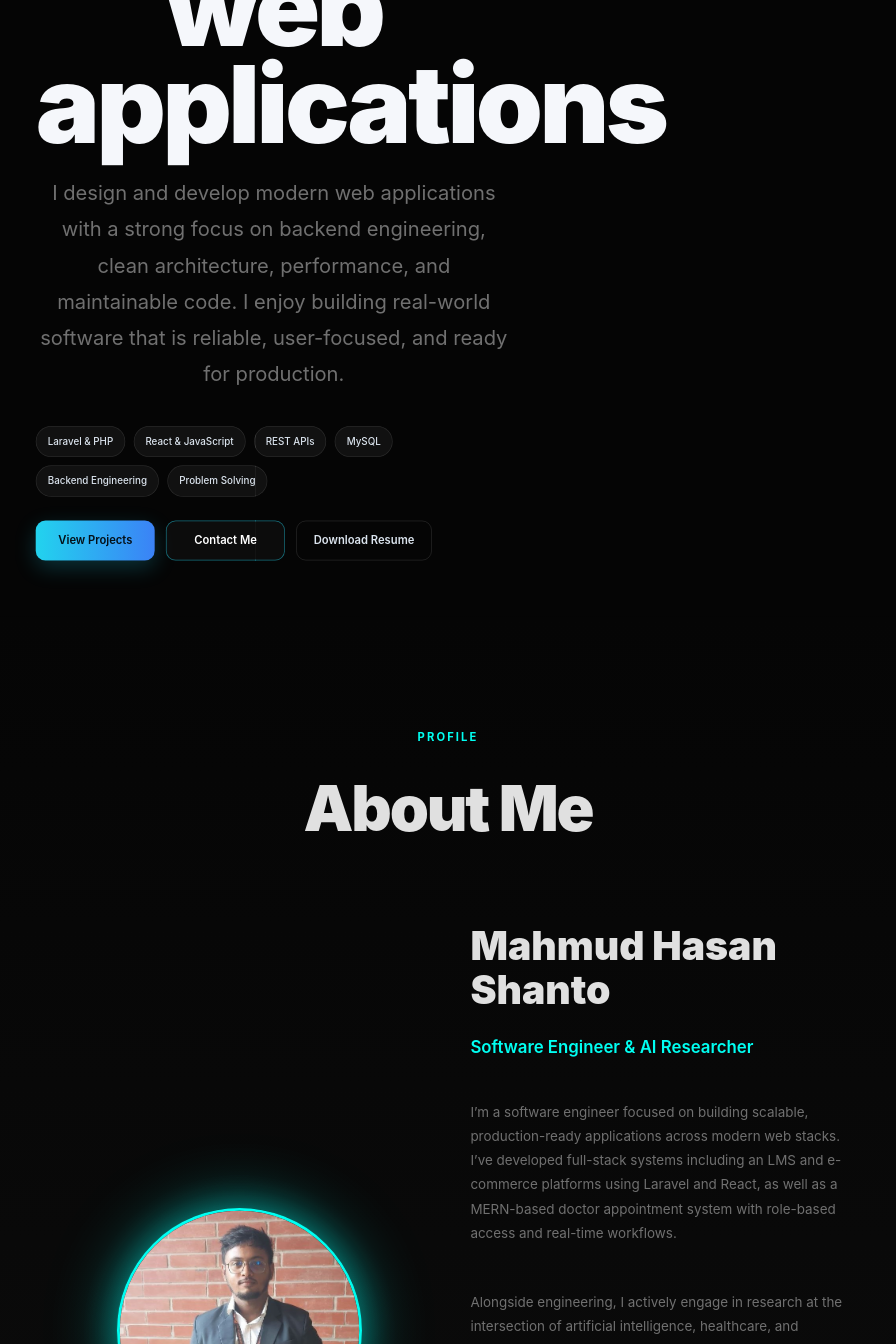
Repository: CoderShanto/Portfolio-Website
Page: index.html
These files come from the project's save history. The page is drawn as it stood at one moment and after the next save; the edit follows.
The browser window is 1280 px wide. The pictures show the part of the page from y = 1114 to 3034 px (the page is 9843 px tall before and 9484 px after), at 70% of full size.

Above is the page before, as saved 2026-03-31 03:27:17.

### index.html
<!DOCTYPE html>
<html lang="en">
<head>
    <meta charset="UTF-8">
    <meta name="viewport" content="width=device-width, initial-scale=1.0">
    <title>Mahmud Hasan Shanto - Portfolio</title>
    <link rel="stylesheet" href="style.css">

</head>
<body data-theme="dark">

    <canvas id="bg-canvas"></canvas>

    <nav>
        <div class="logo">Mahmud Hasan Shanto</div>
        <ul class="menu">
            <li><a href="#home">Home</a></li>
            <li><a href="#about">About</a></li>
            <li><a href="#work">Project</a></li>
            <li><a href="#research">Research</a></li>
            <li><a href="#skills">Skills</a></li>
            <li><a href="#contact">Contact</a></li>
        </ul>
        <button class="theme-toggle" onclick="switchTheme()">🌙</button>
    </nav>

<section class="hero" id="home">
    <div class="hero-container">
        <div class="hero-left">
            <p class="hero-badge">Building modern web applications</p>

            <h1 class="hero-title">
                <span class="gradient-text">Software Engineer</span><br>
                Building scalable, production-ready web applications
            </h1>

            <p class="hero-description">
                I design and develop modern web applications with a strong focus on backend engineering,
                clean architecture, performance, and maintainable code. I enjoy building real-world
                software that is reliable, user-focused, and ready for production.
            </p>

            <div class="hero-tags">
                <span>Laravel & PHP</span>
                <span>React & JavaScript</span>
                <span>REST APIs</span>
                <span>MySQL</span>
                <span>Backend Engineering</span>
                <span>Problem Solving</span>
            </div>

            <div class="hero-buttons">
                <a href="#projects" class="btn btn-primary">View Projects</a>
                <a href="#contact" class="btn btn-secondary">Contact Me</a>
                <a href="./mahmud-hasan-shanto-cv.pdf" class="btn btn-outline" download="Mahmud_Hasan_Shanto_CV.pdf">
                    Download Resume
                </a>
            </div>
        </div>

        <div class="hero-right">
            <!-- your 3D object / canvas / image here -->
            <div class="hero-visual">
                <!-- example -->
                <canvas id="heroCanvas"></canvas>
            </div>
        </div>
    </div>
</section>

    <section id="about">
        <div class="section-top reveal">
            <div class="section-label">Profile</div>
            <h2 class="section-heading">About Me</h2>
        </div>
        <div class="profile-container reveal">
            <div class="profile-image-container">
                <img src="assets/ss.jpg" alt="Mahmud Hasan Shanto" class="profile-image">
                <div class="profile-badge">Available for Work</div>
            </div>
            <div class="profile-content">
                <h3 class="profile-title">Mahmud Hasan Shanto</h3>
                <div class="profile-subtitle">Software Engineer & AI Researcher</div>
                <p class="profile-description">
                    I’m a software engineer focused on building scalable, production-ready applications
  across modern web stacks. I’ve developed full-stack systems including an LMS and
  e-commerce platforms using Laravel and React, as well as a MERN-based doctor
  appointment system with role-based access and real-time workflows.
                </p>
                <p class="profile-description">
                    Alongside engineering, I actively engage in research at the intersection of
  artificial intelligence, healthcare, and blockchain-based data security. My work
  explores LLM applications in healthcare systems, secure data sharing, and
  trustworthy system design. I’m currently expanding into applied AI research to
  bridge robust software engineering with intelligent, real-world solutions.
                </p>
                <div class="profile-stats">
                    <div class="stat-card">
                        <div class="stat-number">2+</div>
                        <div class="stat-label">Years Experience</div>
                    </div>
                    <div class="stat-card">
                        <div class="stat-number">3+</div>
                        <div class="stat-label">Research Papers</div>
                    </div>
                    <div class="stat-card">
                        <div class="stat-number">10+</div>
                        <div class="stat-label">Projects Built</div>
                    </div>
                    <div class="stat-card">
                        <div class="stat-number">8+</div>
                        <div class="stat-label">Technologies</div>
                    </div>
                </div>
            </div>
        </div>
    </section>

    <section id="work">
        <div class="section-top reveal">
            <div class="section-label">Portfolio</div>
            <h2 class="section-heading">Latest Project</h2>
        </div>
        <div class="grid">

<!-- Here is start for cards projects -->

          <div class="card reveal">
  <div class="card-visual">
    <img src="assets/s.jpg"
         alt="DocScheduler Project"
         class="card-img">
  </div>

  <div class="card-body">
    <h3>DocScheduler – Appointment Management System</h3>

    <!-- add class -->
    <p class="card-desc">
      Smart doctor appointment system with scheduling automation,
      role-based dashboards and scalable backend architecture.
    </p>

    <div class="tags">
      <span class="tag">MongoDB</span>
      <span class="tag">Express.js</span>
      <span class="tag">React.js</span>
      <span class="tag">Node.js</span>
    </div>

     <!-- 🔗 Links -->
    <div class="card-actions" style="margin-top: 16px; display: flex; gap: 12px;">
      <a href="https://docscheduler-appointment-management-68ha.onrender.com/" target="_blank"
         style="padding: 8px 14px; border-radius: 8px; background: #7c3aed; color: white; text-decoration: none; font-size: 13px;">
        Live
      </a>
      <a href="https://github.com/CoderShanto/DocScheduler-Appointment-Management-System" target="_blank"
         style="padding: 8px 14px; border-radius: 8px; border: 1px solid #7c3aed; color: #7c3aed; text-decoration: none; font-size: 13px;">
        Code
      </a>
    </div>

  </div>
</div>

 <!-- 2nd project -->

            <div class="card reveal">
  <div class="card-visual">
    <img src="assets/e.jpg"
         alt="DocScheduler Project"
         class="card-img">
  </div>

  <div class="card-body">
    <h3>LearnHub – E-Learning Platform</h3>
    <p>Interactive e-learning platform with personalized learning paths, real-time collaboration tools, and a scalable backend architecture.</p>
    <div class="tags">
      <span class="tag">MySQL</span>
      <span class="tag">Laravel</span>
      <span class="tag">React</span>
    </div>

     <!-- 🔗 Links -->
    <div class="card-actions" style="margin-top: 16px; display: flex; gap: 12px;">
      <a href="https://edu-verse-inky.vercel.app/" target="_blank"
         style="padding: 8px 14px; border-radius: 8px; background: #7c3aed; color: white; text-decoration: none; font-size: 13px;">
        Live
      </a>
      <a href="https://github.com/CoderShanto/EduVerse/tree/main" target="_blank"
         style="padding: 8px 14px; border-radius: 8px; border: 1px solid #7c3aed; color: #7c3aed; text-decoration: none; font-size: 13px;">
        Code
      </a>
    </div>

  </div>
</div>

<!-- AssetFlow Project -->

<div class="card reveal">
  <div class="card-visual">
    <img src="assets/assetflow.png"
         alt="AssetFlow Management System"
         class="card-img">
  </div>

  <div class="card-body">
    <h3>AssetFlow – Asset Management System</h3>
    <p>
      Full-stack asset management system with role-based access, secure JWT authentication,
      and real-time dashboard analytics. Enables organizations to track assets, manage assignments,
      and handle requests efficiently in a scalable cloud-based environment.
    </p>

    <div class="tags">
      <span class="tag">Spring Boot</span>
      <span class="tag">PostgreSQL</span>
      <span class="tag">React</span>
      <span class="tag">JWT</span>
      <span class="tag">Render</span>
      <span class="tag">Vercel</span>
    </div>

    <!-- 🔗 Links -->
    <div class="card-actions" style="margin-top: 16px; display: flex; gap: 12px;">
      <a href="https://assetflow-management-system.vercel.app/" target="_blank"
         style="padding: 8px 14px; border-radius: 8px; background: #7c3aed; color: white; text-decoration: none; font-size: 13px;">
        Live
      </a>
      <a href="https://github.com/CoderShanto/assetflow-management-system" target="_blank"
         style="padding: 8px 14px; border-radius: 8px; border: 1px solid #7c3aed; color: #7c3aed; text-decoration: none; font-size: 13px;">
        Code
      </a>
    </div>

  </div>
</div>

            <!-- 3rd project -->

            <div class="card reveal">
  <div class="card-visual">
    <img src="assets/c.jpg"
         alt="DocScheduler Project"
         class="card-img">
  </div>

  <div class="card-body">
    <h3>ShopSphere – E-Commerce Platform</h3>
<p>
  Full-featured e-commerce platform with product management, secure payments,
  real-time order tracking, and a scalable backend architecture.
</p>

    <div class="tags">
      <span class="tag">MySQL</span>
      <span class="tag">Laravel</span>
      <span class="tag">React</span>
      <span class="tag">Test</span>
      <span class="tag">Its working</span>
    </div>
     <!-- 🔗 Links -->
    <div class="card-actions" style="margin-top: 16px; display: flex; gap: 12px;">
      <a href="https://laravel-react-ecommerce-brown.vercel.app/" target="_blank"
         style="padding: 8px 14px; border-radius: 8px; background: #7c3aed; color: white; text-decoration: none; font-size: 13px;">
        Live
      </a>
      <a href="https://github.com/CoderShanto/laravel-react-ecommerce" target="_blank"
         style="padding: 8px 14px; border-radius: 8px; border: 1px solid #7c3aed; color: #7c3aed; text-decoration: none; font-size: 13px;">
        Code
      </a>
    </div>
  </div>
</div>




        </div>
    </section>

    <section id="research">
        <div class="section-top reveal">
            <div class="section-label">Publications</div>
            <h2 class="section-heading">Research</h2>
        </div>
        <div class="research-grid">
            <div class="paper reveal">
                <h3>KG-Mamba: Knowledge Graph Driven Mamba Model For Medical Question Answering</h3>

                <p>KG-Mamba introduces a knowledge graph–driven fine-tuning approach for the Mamba architecture to improve medical question answering by enhancing contextual reasoning and reducing hallucinations.</p>
            </div>
            <div class="paper reveal">
                <h3>Security and Privacy in Cloud-Based E-HealthSystem Using Advanced Encryption Standard(AES)</h3>

                <p>Proposed a secure cloud-based e-health framework using AES and ECC to ensure efficient encryption, fine-grained access control, and privacy-preserving management of patient health records.</p>
            </div>
            <div class="paper reveal">
                <h3>Blockchain Based Medical Report Encryption</h3>

                <p>Blockchain-Based Medical Report Encryption, United International University — Research project on securing electronic health records using blockchain, homomorphic encryption (Paillier), and smart contracts.</p>
            </div>
        </div>
    </section>

    <section id="skills">
        <div class="section-top reveal">
            <div class="section-label">Capabilities</div>
            <h2 class="section-heading">Tech Stack</h2>
        </div>
        <div class="skills-grid">
            <div class="skill-card reveal">
                <span class="skill-emoji">⚡</span>
                <h3>Languages</h3>
                <ul>
                    <li>Java</li>
                    <li>JavaScript</li>
                    <li>c / C++</li>
                    <li>php</li>
                    <li>Go / Scala</li>
                </ul>
            </div>
            <div class="skill-card reveal">
                <span class="skill-emoji">🚀</span>
                <h3>Frameworks</h3>
                <ul>
                    <li>Laravel</li>
                    <li>React / Next.js</li>
                    <li>TensorFlow / PyTorch</li>
                    <li>Spring / Express</li>

                </ul>
            </div>
            <div class="skill-card reveal">
                <span class="skill-emoji">☁️</span>
                <h3>Cloud & DevOps</h3>
                <ul>
                    <li>AWS </li>
                    <li>Docker / Kubernetes</li>
                    <li>CI/CD Pipelines</li>
                    <li>Cloudinary</li>
                    <li>Monitoring & Logging</li>
                </ul>
            </div>
            <div class="skill-card reveal">
                <span class="skill-emoji">🔬</span>
                <h3>Research</h3>
                <ul>
                    <li>LLM</li>
                    <li>Artificial Intelligent</li>
                    <li>NLP</li>
                    <li>Distributed Systems</li>
                </ul>
            </div>
        </div>
    </section>

    <section id="contact">
        <div class="contact-box reveal">
            <div class="section-label">Connect</div>
            <h2 class="gradient-text">Let's Build Together</h2>
            <p>Open to collaborations, exciting projects, and innovative ideas. Let's create something extraordinary.</p>
            <a href="mailto:mahmudshanto@example.com" class="btn btn-main">Get In Touch</a>
            <div class="socials">
                <a href="https://github.com/CoderShanto" class="social-btn">💻</a>
                <a href="https://www.linkedin.com/in/md-mahmud-hasan-shanto-614b37224/" class="social-btn">💼</a>
                <a href="https://x.com/hasan_shan18705" class="social-btn">🐦</a>
                <a href="https://leetcode.com/u/sshanto12344321/" class="social-btn">📊
</a>
            </div>
        </div>
    </section>

    <script src="https://cdnjs.cloudflare.com/ajax/libs/three.js/r128/three.min.js"></script>
    <script>
        // Theme Switch
        function switchTheme() {
            const theme = document.body.getAttribute('data-theme');
            const newTheme = theme === 'dark' ? 'light' : 'dark';
            document.body.setAttribute('data-theme', newTheme);
            document.querySelector('.theme-toggle').textContent = newTheme === 'dark' ? '🌙' : '☀️';
        }

        // Smooth Scroll
        document.querySelectorAll('a[href^="#"]').forEach(link => {
            link.addEventListener('click', function(e) {
                e.preventDefault();
                const target = document.querySelector(this.getAttribute('href'));
                target.scrollIntoView({ behavior: 'smooth' });
            });
        });

        // Three.js Background
        const canvas = document.getElementById('bg-canvas');
        const scene = new THREE.Scene();
        const camera = new THREE.PerspectiveCamera(75, window.innerWidth / window.innerHeight, 0.1, 1000);
        const renderer = new THREE.WebGLRenderer({ canvas, alpha: true });

        renderer.setSize(window.innerWidth, window.innerHeight);
        camera.position.z = 50;

        // Create geometric shapes
        const shapes = [];

        // Icosahedron
        const icoGeo = new THREE.IcosahedronGeometry(15, 1);
        const icoMat = new THREE.MeshBasicMaterial({
            color: 0x00fff2,
            wireframe: true,
            transparent: true,
            opacity: 0.15
        });
        const ico = new THREE.Mesh(icoGeo, icoMat);
        scene.add(ico);
        shapes.push(ico);

        // Torus Knot
        const torusGeo = new THREE.TorusKnotGeometry(8, 2, 100, 16);
        const torusMat = new THREE.MeshBasicMaterial({
            color: 0x7000ff,
            wireframe: true,
            transparent: true,
            opacity: 0.1
        });
        const torus = new THREE.Mesh(torusGeo, torusMat);
        scene.add(torus);
        shapes.push(torus);

        // Stars
        const starsGeo = new THREE.BufferGeometry();
        const starCount = 3000;
        const positions = new Float32Array(starCount * 3);

        for(let i = 0; i < starCount * 3; i++) {
            positions[i] = (Math.random() - 0.5) * 200;
        }

        starsGeo.setAttribute('position', new THREE.BufferAttribute(positions, 3));
        const starsMat = new THREE.PointsMaterial({
            color: 0xffffff,
            size: 0.15,
            transparent: true,
            opacity: 0.8
        });
        const stars = new THREE.Points(starsGeo, starsMat);
        scene.add(stars);

        // Animation
        let time = 0;
        function animate() {
            requestAnimationFrame(animate);
            time += 0.01;

            // Rotate shapes automatically
            ico.rotation.x += 0.002;
            ico.rotation.y += 0.003;

            torus.rotation.x += 0.003;
            torus.rotation.y -= 0.002;
            torus.rotation.z += 0.001;

            // Gentle float
            ico.position.y = Math.sin(time * 0.5) * 3;
            torus.position.y = Math.cos(time * 0.5) * 2;

            // Stars drift
            stars.rotation.y += 0.0002;
            stars.rotation.x += 0.0001;

            renderer.render(scene, camera);
        }
        animate();

        // Resize handler
        window.addEventListener('resize', () => {
            camera.aspect = window.innerWidth / window.innerHeight;
            camera.updateProjectionMatrix();
            renderer.setSize(window.innerWidth, window.innerHeight);
        });

        // Scroll reveals
        const reveals = document.querySelectorAll('.reveal');
        const revealObserver = new IntersectionObserver((entries) => {
            entries.forEach(entry => {
                if(entry.isIntersecting) {
                    entry.target.classList.add('show');
                }
            });
        }, { threshold: 0.1 });

        reveals.forEach(el => revealObserver.observe(el));
    </script>
</body>
</html>

Loaded but not shown: style.css (819 lines, source omitted)

After the next save:
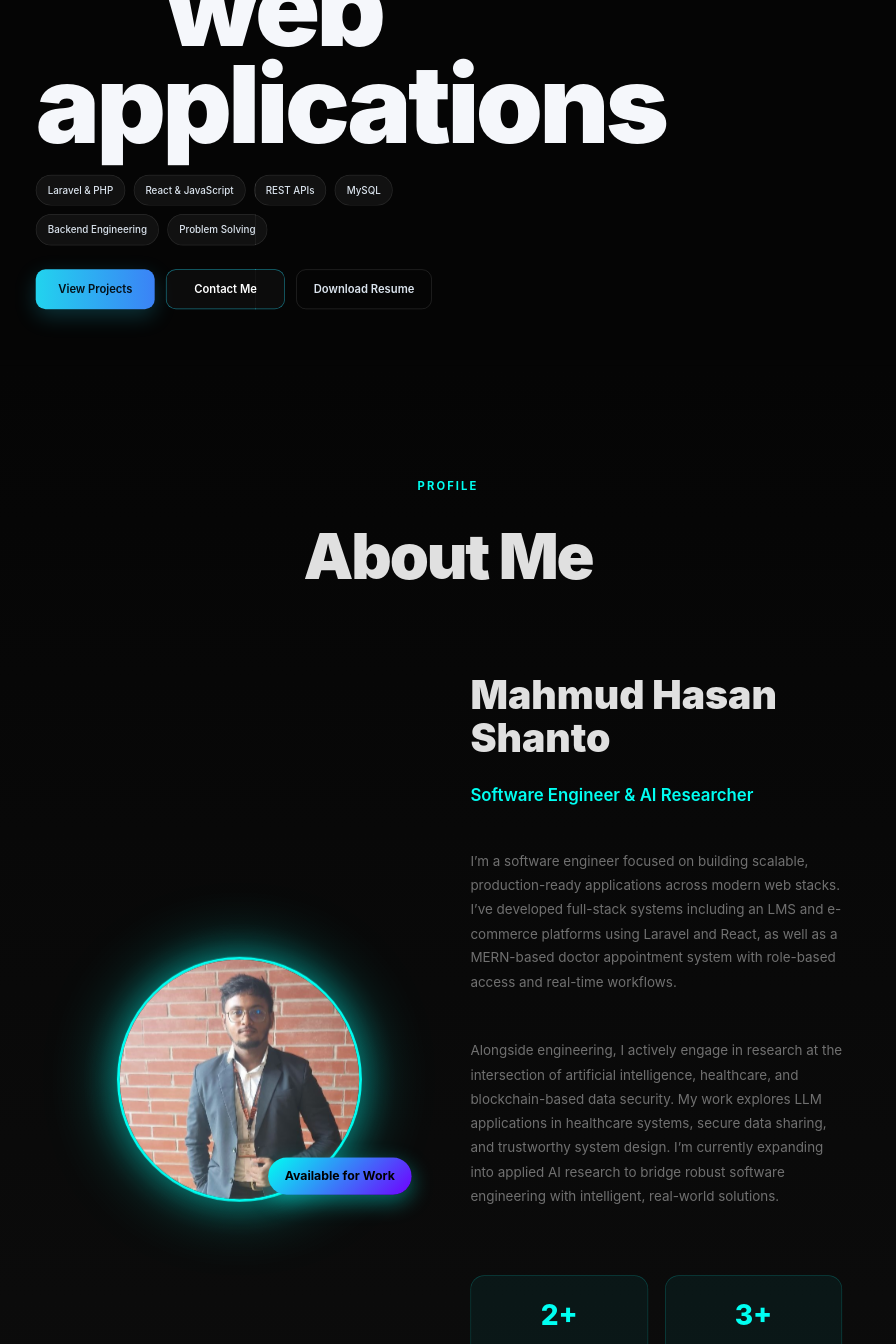
Saved 3 min 43 s later.
--- a/index.html
+++ b/index.html
@@ -34,11 +34,6 @@
                 Building scalable, production-ready web applications
             </h1>
 
-            <p class="hero-description">
-                I design and develop modern web applications with a strong focus on backend engineering,
-                clean architecture, performance, and maintainable code. I enjoy building real-world
-                software that is reliable, user-focused, and ready for production.
-            </p>
 
             <div class="hero-tags">
                 <span>Laravel & PHP</span>
